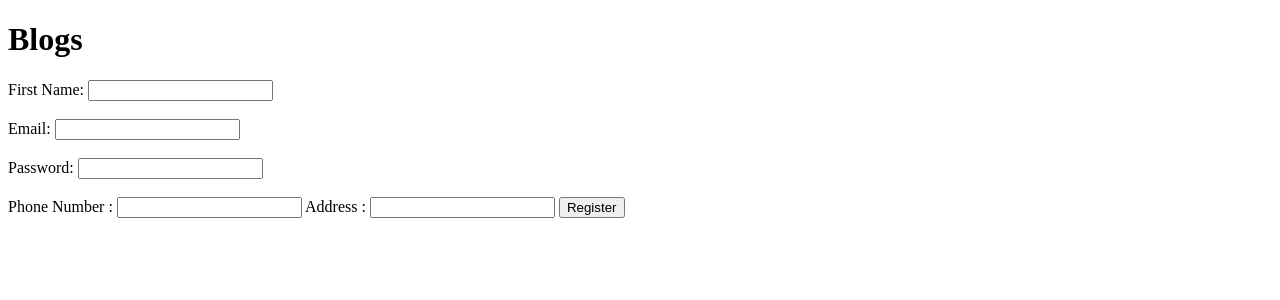
Repository: bhageshchincholi/AdvanceJava
Page: http://localhost/Blog/newuser.jsp
The author's editor kept a copy of each file at every save. The page is drawn from the files as they stood at one save, then again after the next save.
The browser window is 1280 px wide. The pictures show the whole page.
The page is served by Tomcat 9.

Above is the page before, as saved 2024-06-12 11:24:15.

After the next save:
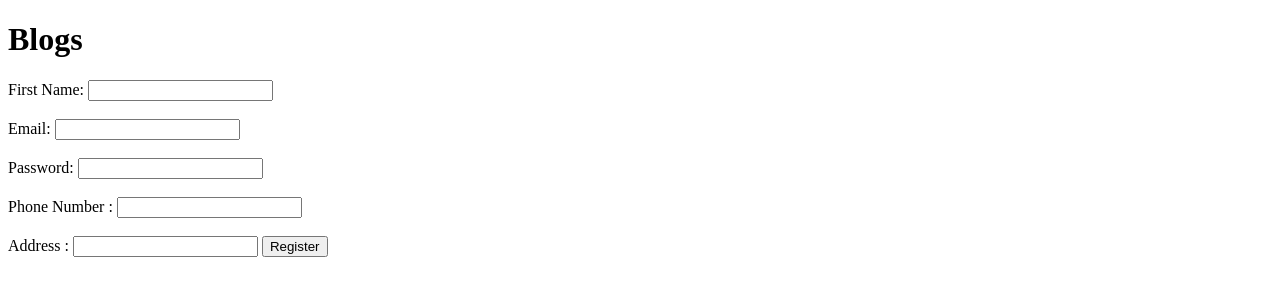
Saved 14 min 6 s later.
--- a/Blog/Blog/src/main/webapp/newuser.jsp
+++ b/Blog/Blog/src/main/webapp/newuser.jsp
@@ -13,7 +13,7 @@
 			First Name: <input type="text" name="fullName"/> <br/><br/>
 		 	Email: <input type="text" name="email"/> <br/><br/>
 		 	Password: <input type="password" name="password"/> <br/><br/>
-		 	Phone Number :  <input type="text" name="phoneNo"/>
+		 	Phone Number :  <input type="text" name="phoneNo"/> <br/><br/>
 		 	Address : <input type="text" name="address" />
 		 <input type="submit" Value="Register"/>
 		</form>
